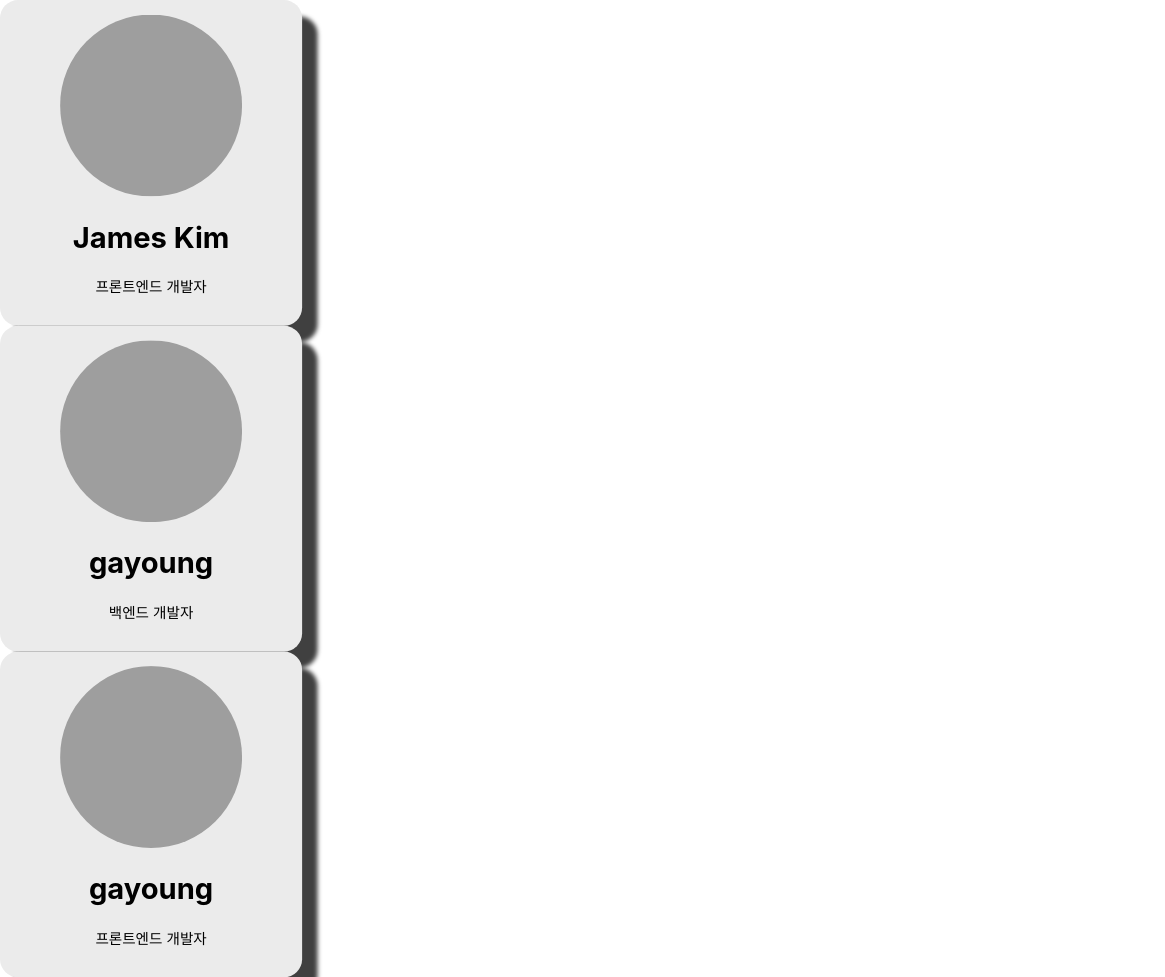
Repository: Yugayoung/css-example
Page: / (app in react/basic/)
The author's editor kept a copy of each file at every save. The page is drawn from the files as they stood at one save, then again after the next save.
The browser window is 1280 px wide. The pictures show the whole page, at 91% of full size.
Pictures or frames that could not be fetched are drawn as grey boxes. The project was rebuilt for these pictures with package versions that can differ from the ones it lists, and the page was loaded fresh each time.

Above is the page before, as saved 2023-12-19 11:42:42.

### react/basic/src/index.js
import React from 'react';
import ReactDOM from 'react-dom/client';
import './index.css';
import reportWebVitals from './reportWebVitals';
import AppProfile from './AppProfile';

const root = ReactDOM.createRoot(document.getElementById('root'));
root.render(
  <React.StrictMode>
    <AppProfile />
  </React.StrictMode>
);

// If you want to start measuring performance in your app, pass a function
// to log results (for example: reportWebVitals(console.log))
// or send to an analytics endpoint. Learn more: https://bit.ly/CRA-vitals
reportWebVitals();

### react/basic/src/AppProfile.jsx
import Profile from './components/Profile';
import './App.css';

export default function AppProfile() {
  return (
    <>
      <Profile
        image='https://images.unsplash.com/photo-1580489944761-15a19d654956?ixlib=rb-1.2.1&ixid=MnwxMjA3fDB8MHxwaG90by1wYWdlfHx8fGVufDB8fHx8&auto=format&fit=crop&w=922&q=80'
        name='James Kim'
        title='프론트엔드 개발자'
      />
      <Profile
        image='https://images.unsplash.com/photo-1633332755192-727a05c4013d?ixlib=rb-1.2.1&ixid=MnwxMjA3fDB8MHxwaG90by1wYWdlfHx8fGVufDB8fHx8&auto=format&fit=crop&w=1160&q=80'
        name='gayoung'
        title='백엔드 개발자'
      />
      <Profile
        image='https://images.unsplash.com/photo-1633332755192-727a05c4013d?ixlib=rb-1.2.1&ixid=MnwxMjA3fDB8MHxwaG90by1wYWdlfHx8fGVufDB8fHx8&auto=format&fit=crop&w=1160&q=80'
        name='gayoung'
        title='프론트엔드 개발자'
      />
    </>
  );
}

### react/basic/src/components/Profile.jsx
import React from 'react';

export default function Profile({ image, name, title }) {
  return (
    <div className='profile'>
      <img className='photo' src={image} alt='avatar' />
      <h1>{name}</h1>
      <p>{title}</p>
    </div>
  );
}

### react/basic/src/App.css
.orange {
  color: orange;
}

.profile {
  width: 300px;
  text-align: center;
  padding: 1rem;
  background-color: #ebebeb;
  border-radius: 20px;
  box-shadow: 17px 18px 5px 0px rgba(0, 0, 0, 0.75);
  -webkit-box-shadow: 17px 18px 5px 0px rgba(0, 0, 0, 0.75);
  -moz-box-shadow: 17px 18px 5px 0px rgba(0, 0, 0, 0.75);
}

.photo {
  width: 200px;
  height: 200px;
  border-radius: 100%;
}

Loaded but not shown: react/basic/public/index.html (common file); react/basic/src/index.css (common file); react/basic/src/reportWebVitals.js (common file)

After the next save:
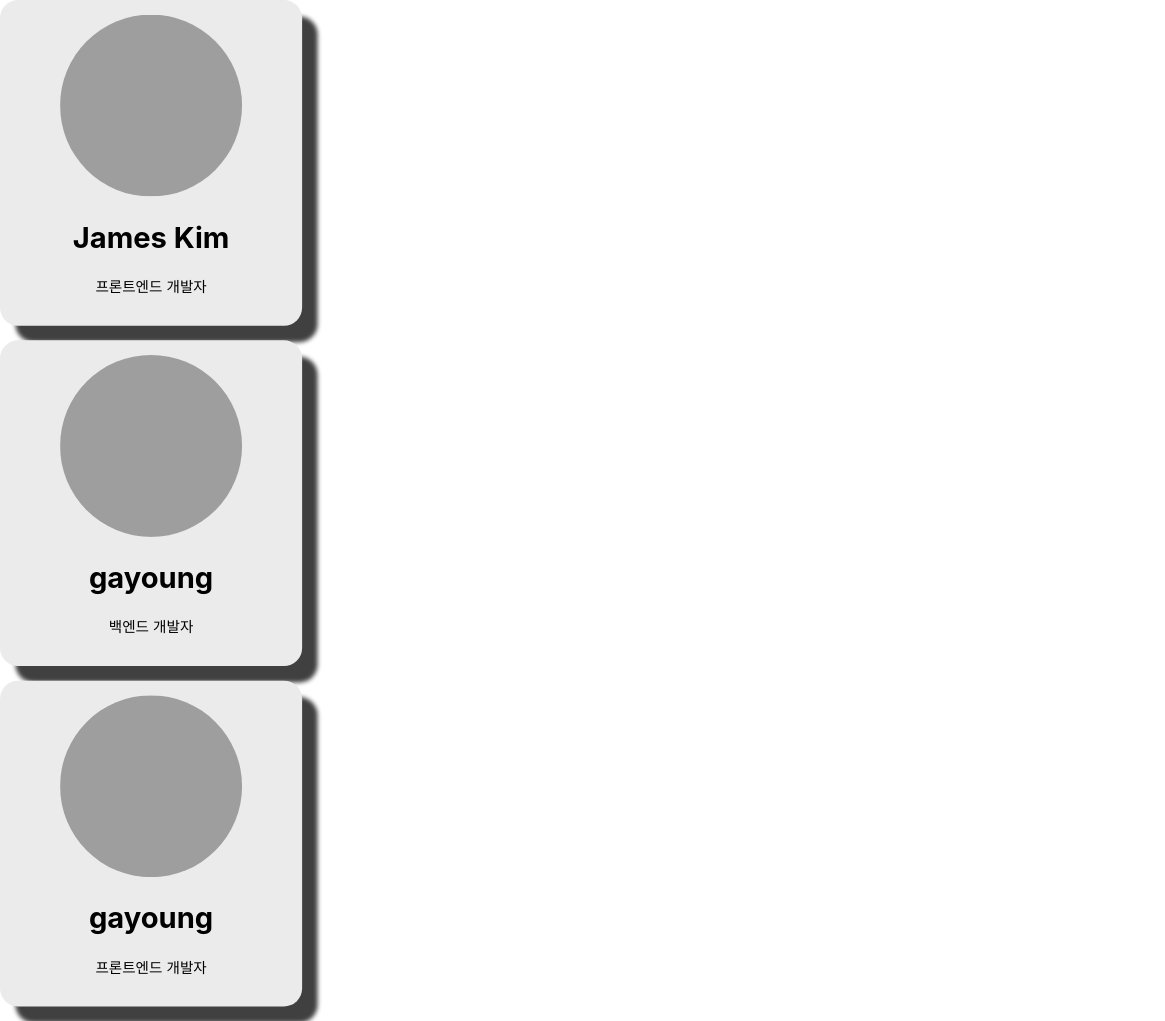
Saved 17 s later.
--- a/react/basic/src/App.css
+++ b/react/basic/src/App.css
@@ -8,6 +8,7 @@
   padding: 1rem;
   background-color: #ebebeb;
   border-radius: 20px;
+  margin-bottom: 1rem;
   box-shadow: 17px 18px 5px 0px rgba(0, 0, 0, 0.75);
   -webkit-box-shadow: 17px 18px 5px 0px rgba(0, 0, 0, 0.75);
   -moz-box-shadow: 17px 18px 5px 0px rgba(0, 0, 0, 0.75);
